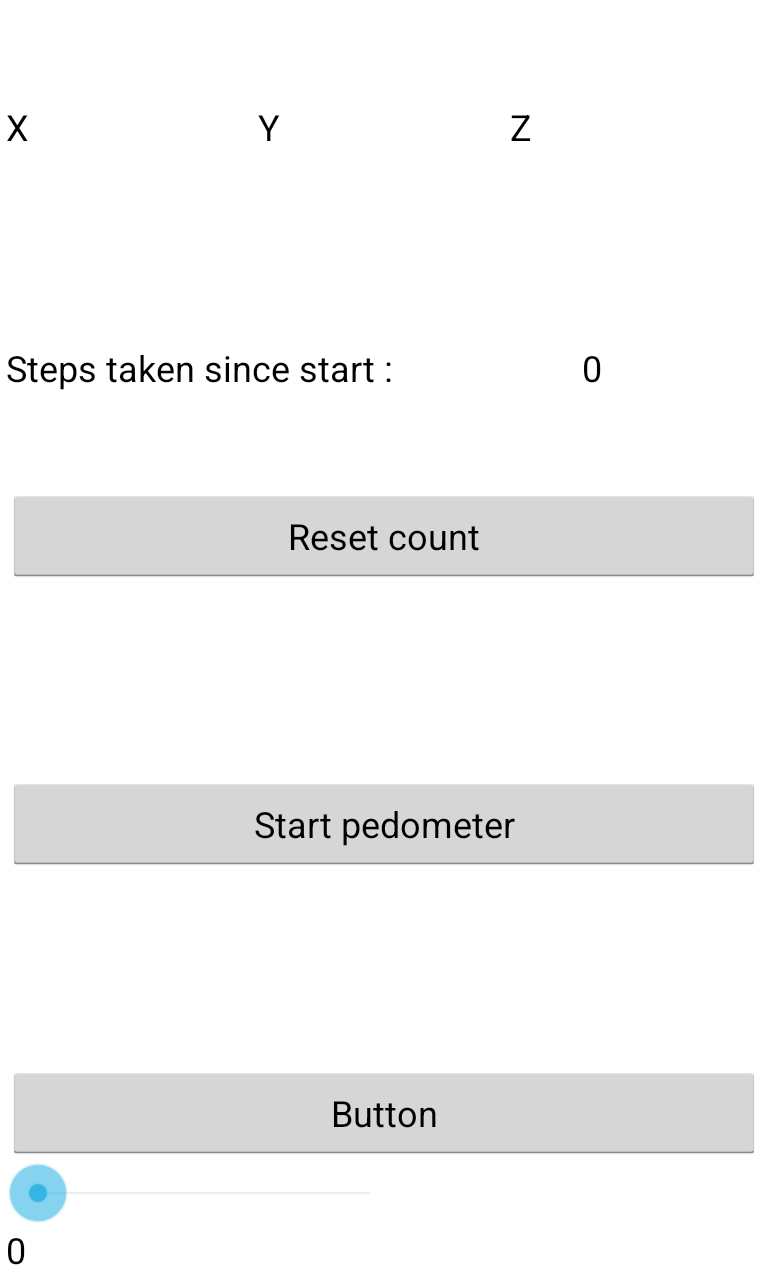
Repository: egelon/CardioAssistant
Layout: CardioAssistant/res/layout/activity_main.xml
The author's editor kept a copy of each file at every save. The layout is drawn from the files as they stood at one save, then again after the next save.
It is drawn on a 768 x 1280 px phone screen (xhdpi) without system bars, with theme AppTheme; the app's code is not run.

Above is the layout before, as saved 2014-01-21 11:15:39.

After the next save:
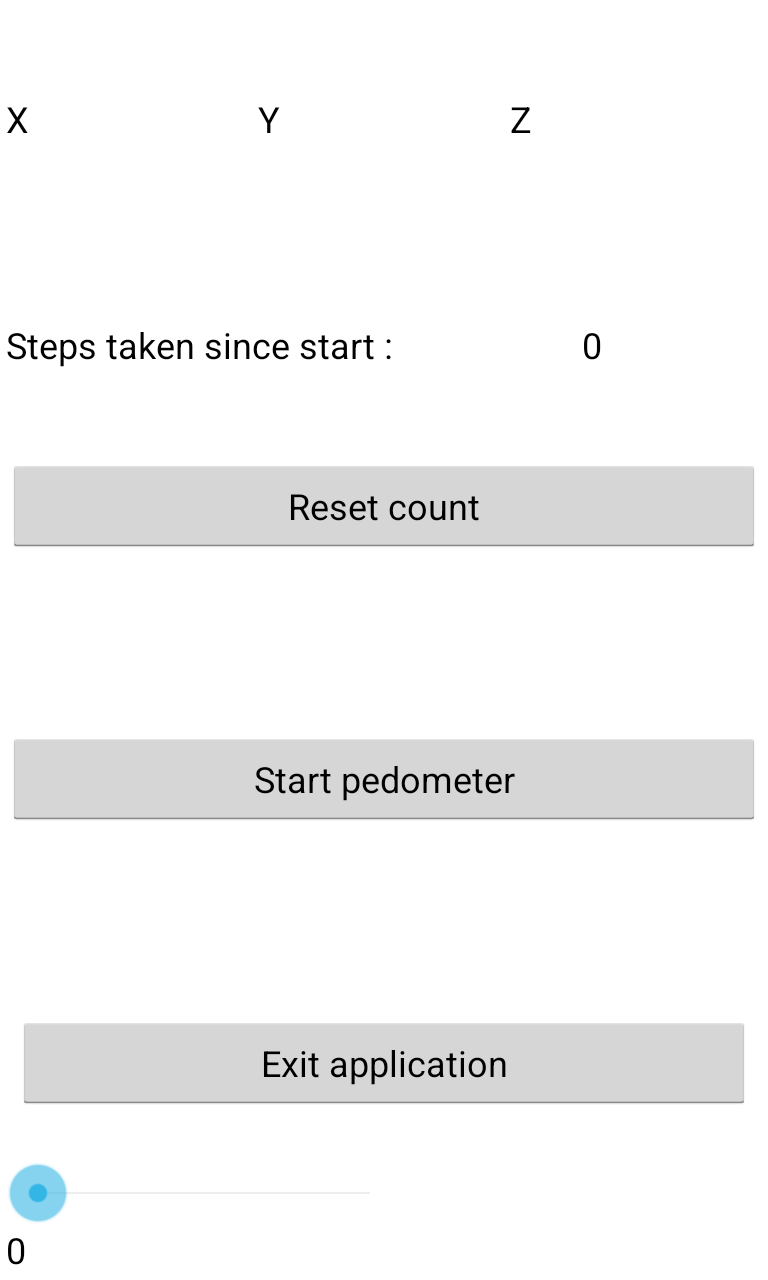
Saved 2 min 35 s later.
--- a/CardioAssistant/res/layout/activity_main.xml
+++ b/CardioAssistant/res/layout/activity_main.xml
@@ -103,14 +103,16 @@
     <TableRow
         android:id="@+id/tableRow7"
         android:layout_width="wrap_content"
-        android:layout_height="wrap_content" >
+        android:layout_height="wrap_content"
+        android:layout_margin="5dp" >
 
         <Button
             android:id="@+id/buttonExit"
             android:layout_width="wrap_content"
             android:layout_height="wrap_content"
+            android:layout_marginBottom="20dp"
             android:layout_weight="1"
-            android:text="Button" />
+            android:text="@string/exit_application" />
 
     </TableRow>
 
